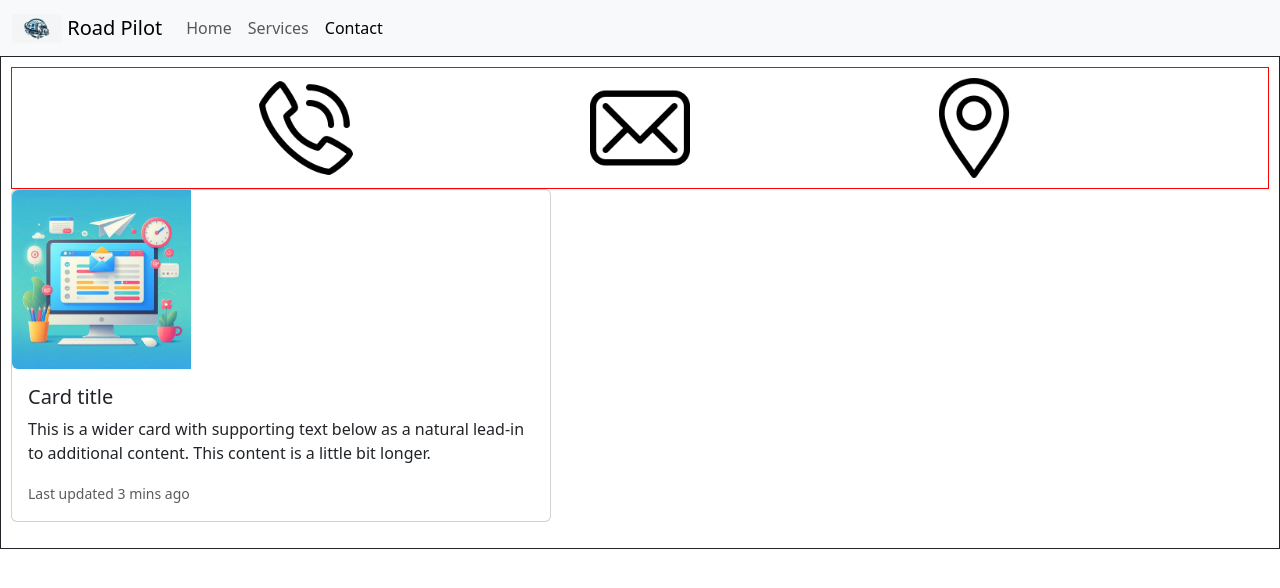
Repository: VictoriousMango/WebCreator
Page: pages/contact.html
These files come from the project's save history. The page is drawn as it stood at one moment and after a run of saves; the edit follows.
The browser window is 1280 px wide. The pictures show the whole page.

Above is the page before, as saved 2024-11-09 12:45:39.

### pages/contact.html
<!DOCTYPE html>
<html lang="en">

<head>
    <meta charset="UTF-8">
    <meta name="viewport" content="width=device-width, initial-scale=1.0">
    <title>Web Creator</title>
    <link href="https://cdn.jsdelivr.net/npm/bootstrap@5.3.3/dist/css/bootstrap.min.css" rel="stylesheet"
        integrity="sha384-QWTKZyjpPEjISv5WaRU9OFeRpok6YctnYmDr5pNlyT2bRjXh0JMhjY6hW+ALEwIH" crossorigin="anonymous">
    <link rel="stylesheet" href="../assets/css/contact.css">
</head>

<body>
    <!-- Navbar -->
    <nav class="navbar navbar-expand-lg bg-body-tertiary">
        <div class="container-fluid">
            <a class="navbar-brand" href="#">
                <img src="../assets/images/Logo.png" alt="Logo" width="50px" class="d-inline-block align-text-top">
                Road Pilot
            </a>
            <button class="navbar-toggler" type="button" data-bs-toggle="collapse" data-bs-target="#navbarNav"
                aria-controls="navbarNav" aria-expanded="false" aria-label="Toggle navigation">
                <span class="navbar-toggler-icon"></span>
            </button>
            <div class="collapse navbar-collapse" id="navbarNav">
                <ul class="navbar-nav">
                    <li class="nav-item">
                        <a class="nav-link" href="../">Home</a>
                    </li>
                    <li class="nav-item">
                        <a class="nav-link" href="./services.html">Services</a>
                    </li>
                    <li class="nav-item">
                        <a class="nav-link active" aria-current="page" href="#">Contact</a>
                    </li>
                </ul>
            </div>
        </div>
    </nav>
    <!-- NavBar -->

    <!-- Contact -->
    <div class="contact">
        <!-- div for icons -->
        <div class="contact__links">
            <!-- phone number -->
            <img class="contact__linksIMG" src="../assets/images/contact__phone.png" alt="">
            <img class="contact__linksIMG" src="../assets/images/contact__email.png" alt="">
            <img class="contact__linksIMG" src="../assets/images/contact__location.png" alt="">
        </div>
        <!-- Dic for Sending Mails -->
        <div class="card mb-3" style="max-width: 540px;">
            <div class="row g-0">
                <div class="col-md-4">
                    <img src="../assets/images/contact__mailUs.png" class="img-fluid rounded-start" alt="...">
                </div>
                <div class="card-body">
                    <h5 class="card-title">Card title</h5>
                    <p class="card-text">This is a wider card with supporting text below as a natural lead-in to
                        additional content. This content is a little bit longer.</p>
                    <p class="card-text"><small class="text-body-secondary">Last updated 3 mins ago</small></p>
                </div>
            </div>
        </div>
    </div>
    <!-- Contact -->
    <!-- Scripts -->
    <script src="https://cdn.jsdelivr.net/npm/bootstrap@5.3.3/dist/js/bootstrap.bundle.min.js"
        integrity="sha384-YvpcrYf0tY3lHB60NNkmXc5s9fDVZLESaAA55NDzOxhy9GkcIdslK1eN7N6jIeHz"
        crossorigin="anonymous"></script>
    <script src="https://cdn.jsdelivr.net/npm/@popperjs/core@2.11.8/dist/umd/popper.min.js"
        integrity="sha384-I7E8VVD/ismYTF4hNIPjVp/Zjvgyol6VFvRkX/vR+Vc4jQkC+hVqc2pM8ODewa9r"
        crossorigin="anonymous"></script>
    <script src="https://cdn.jsdelivr.net/npm/bootstrap@5.3.3/dist/js/bootstrap.min.js"
        integrity="sha384-0pUGZvbkm6XF6gxjEnlmuGrJXVbNuzT9qBBavbLwCsOGabYfZo0T0to5eqruptLy"
        crossorigin="anonymous"></script>
</body>

</html>

### assets/css/contact.css
.contact {
    border: 1px solid;
    padding: 10px;
}

.contact__links {
    display: flex;
    justify-content: space-evenly;
    border: 1px solid red;
    padding: 10px;
}

.contact__linksIMG {
    width: 100px;
}

.img-fluid{

}

After the next 4 saves:
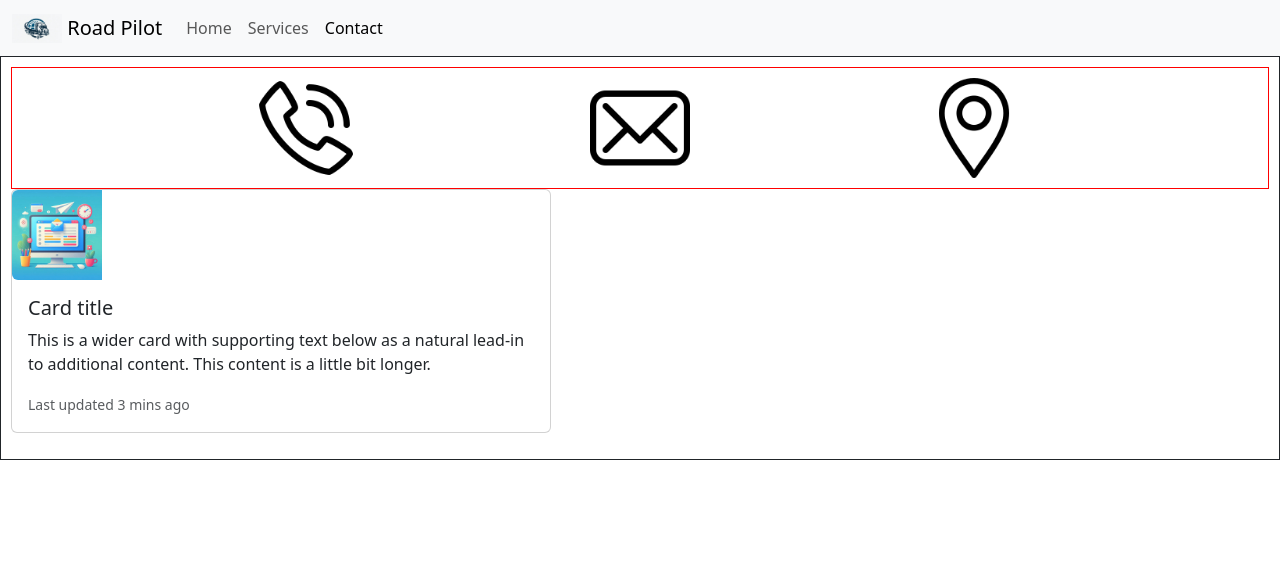
The 4 saves are shown as one change because they came seconds apart.
The last was saved 14 s later.
--- a/assets/css/contact.css
+++ b/assets/css/contact.css
@@ -15,5 +15,5 @@
 }
 
 .img-fluid{
-
+    max-width: 50%;
 }
